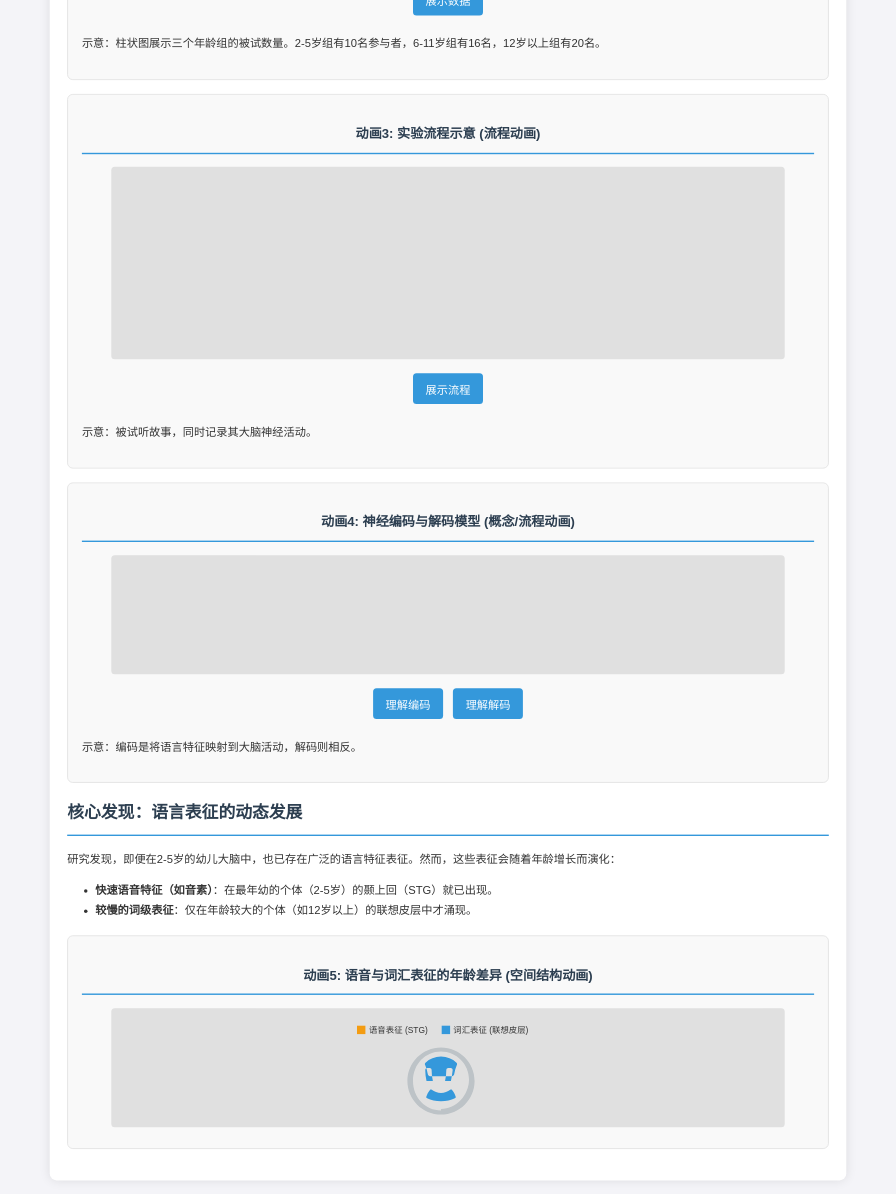
Repository: james130012/newcline
Page: useful/5.神经网络和年长大脑.html
The author's editor kept a copy of each file at every save. The page is drawn from the files as they stood at one save, then again after a run of saves.
The browser window is 1280 px wide. The pictures show the part of the page from y = 1306 to 3226 px (the page is 3012 px tall before and 3226 px after), at 70% of full size.

Above is the page before, as saved 2025-05-16 08:03:52.

After the next 2 saves:
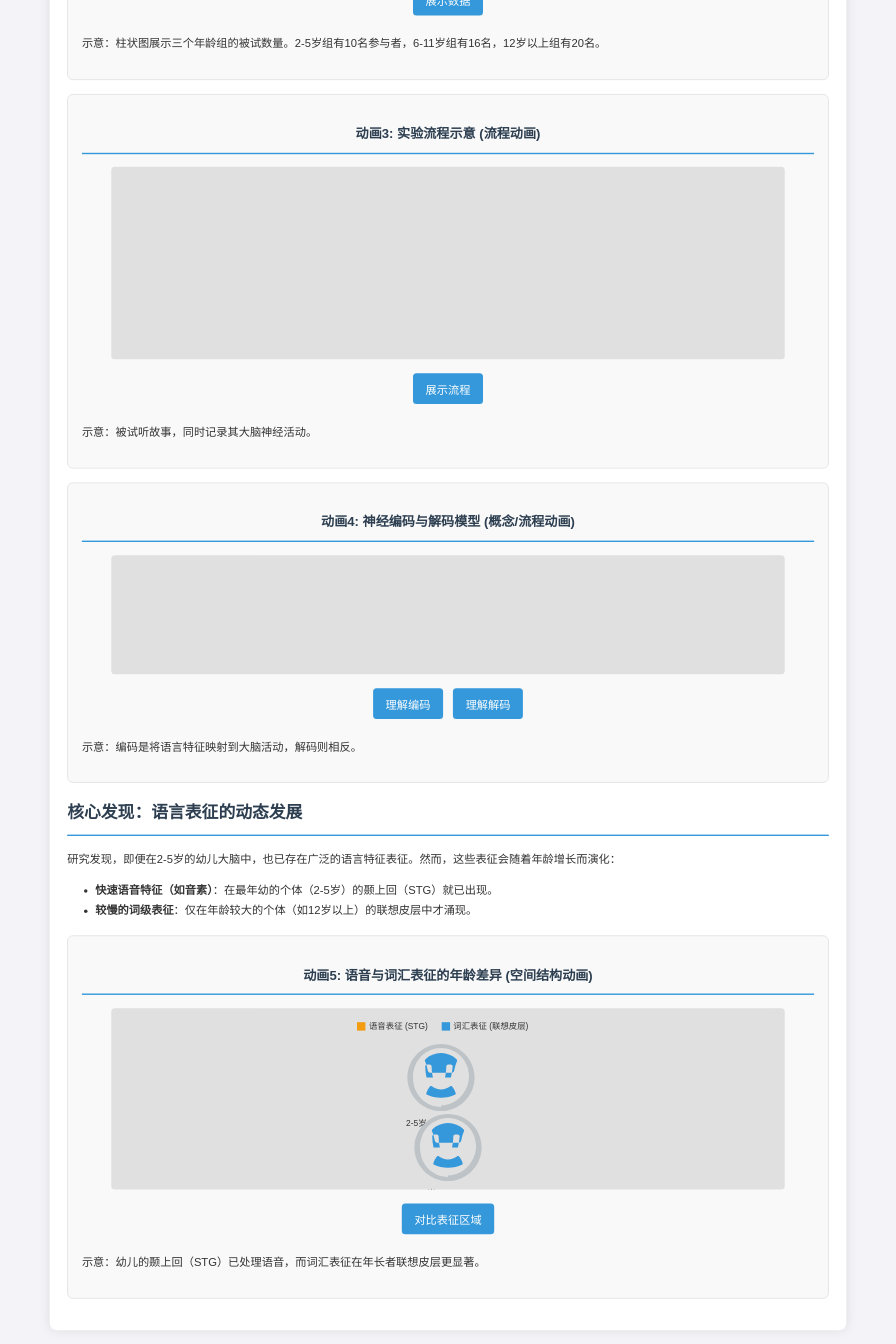
The 2 saves are shown as one change because they came seconds apart.
The last was saved 8 s later.
--- a/useful/5.神经网络和年长大脑.html
+++ b/useful/5.神经网络和年长大脑.html
@@ -290,3 +290,15 @@
                 </div>
                 <div id="anim5-brain-young" class="brain-outline" style="display:inline-block; margin-right:20px; position:relative;">
                     <div class="brain-region stg" id="anim5-young-phonetic" style="opacity:0;"></div>
+                    <div class="brain-region assoc-cortex" id="anim5-young-word" style="opacity:0; background-color:#aed6f1;"></div>
+                    <p style="font-size:12px; margin-top:105px;">2-5岁</p>
+                </div>
+                <div id="anim5-brain-older" class="brain-outline" style="display:inline-block; position:relative;">
+                    <div class="brain-region stg" id="anim5-older-phonetic" style="opacity:0;"></div>
+                    <div class="brain-region assoc-cortex" id="anim5-older-word" style="opacity:0;"></div>
+                    <p style="font-size:12px; margin-top:105px;">12+岁</p>
+                </div>
+            </div>
+            <button onclick="playAnim5()">对比表征区域</button>
+            <p>示意：幼儿的颞上回（STG）已处理语音，而词汇表征在年长者联想皮层更显著。</p>
+        </div>
